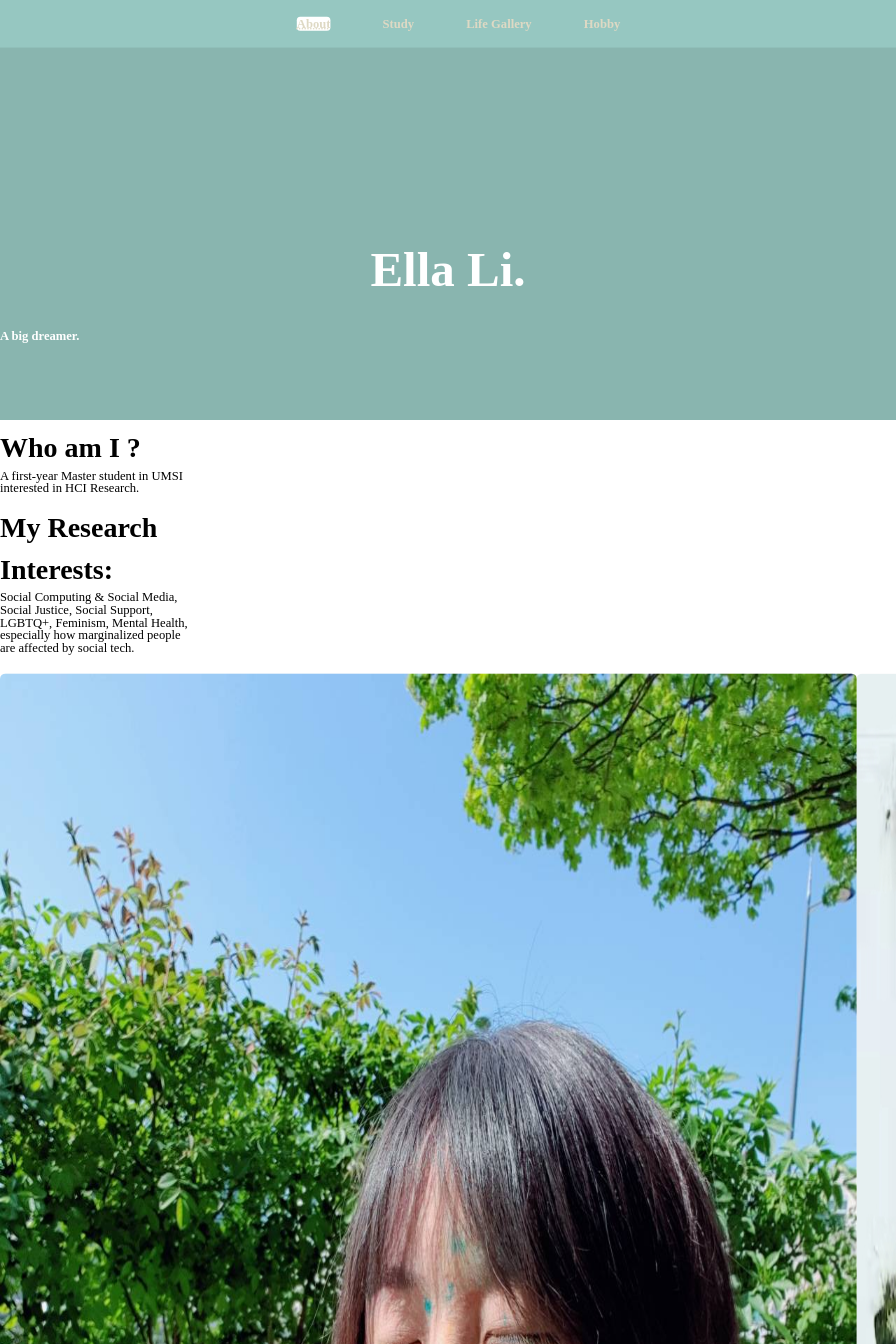
Repository: jiaqili0803/SI_539
Page: project/about.html
These files come from the project's save history. The page is drawn as it stood at one moment and after the next save; the edit follows.
The browser window is 1280 px wide. The pictures show the part of the page from y = 0 to 1920 px (the page is 3331 px tall before and 3349 px after), at 70% of full size.

Above is the page before, as saved 2021-12-10 16:46:36.

After the next save:
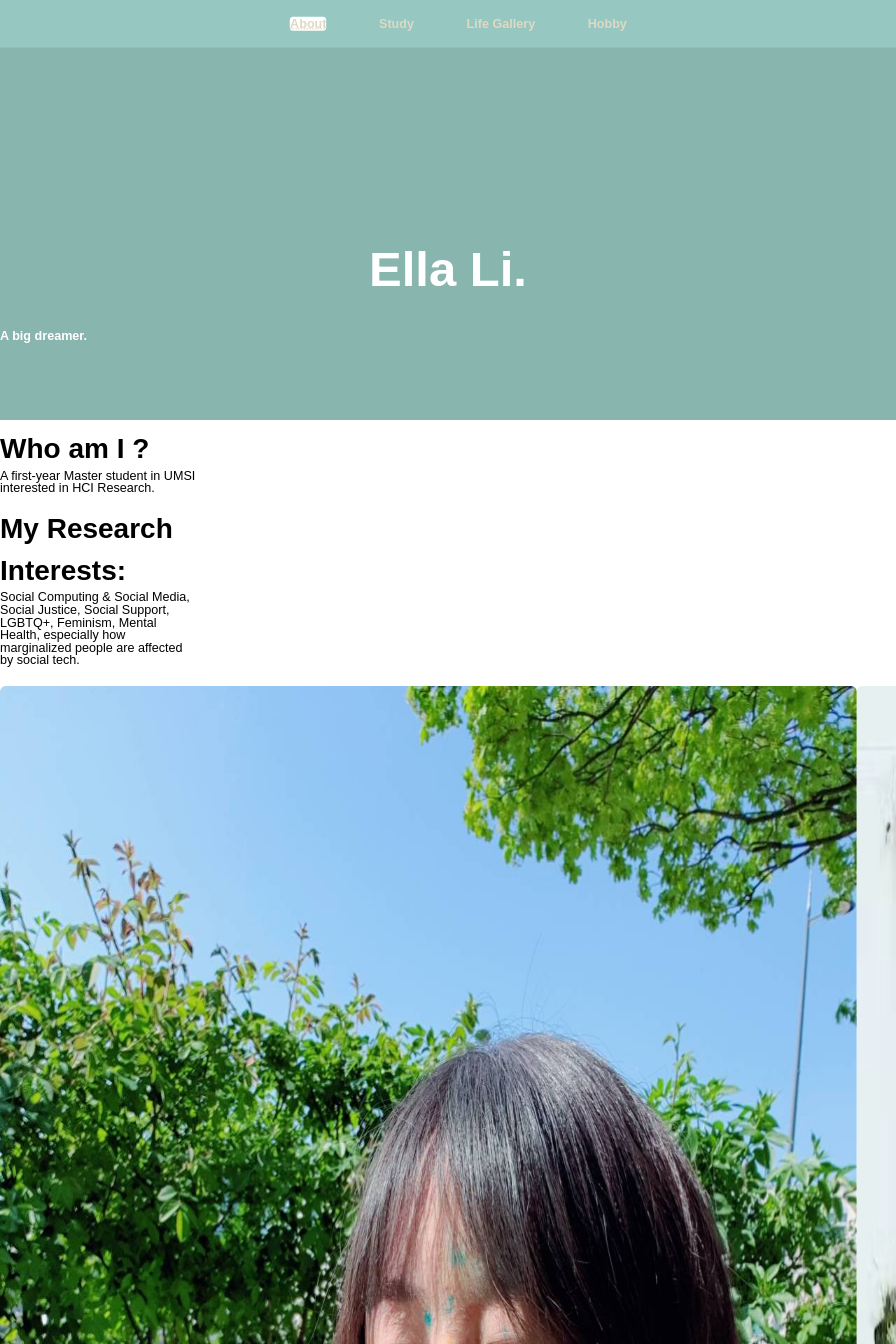
Saved 63 s later.
--- a/project/css/style.css
+++ b/project/css/style.css
@@ -3,7 +3,7 @@ body{
   font-size: 18px;
   margin: 0;
   padding: 0;
-  font-family: Comic Sans MS;
+  font-family: Comic , sans-serif;
 }
 
 h1{
